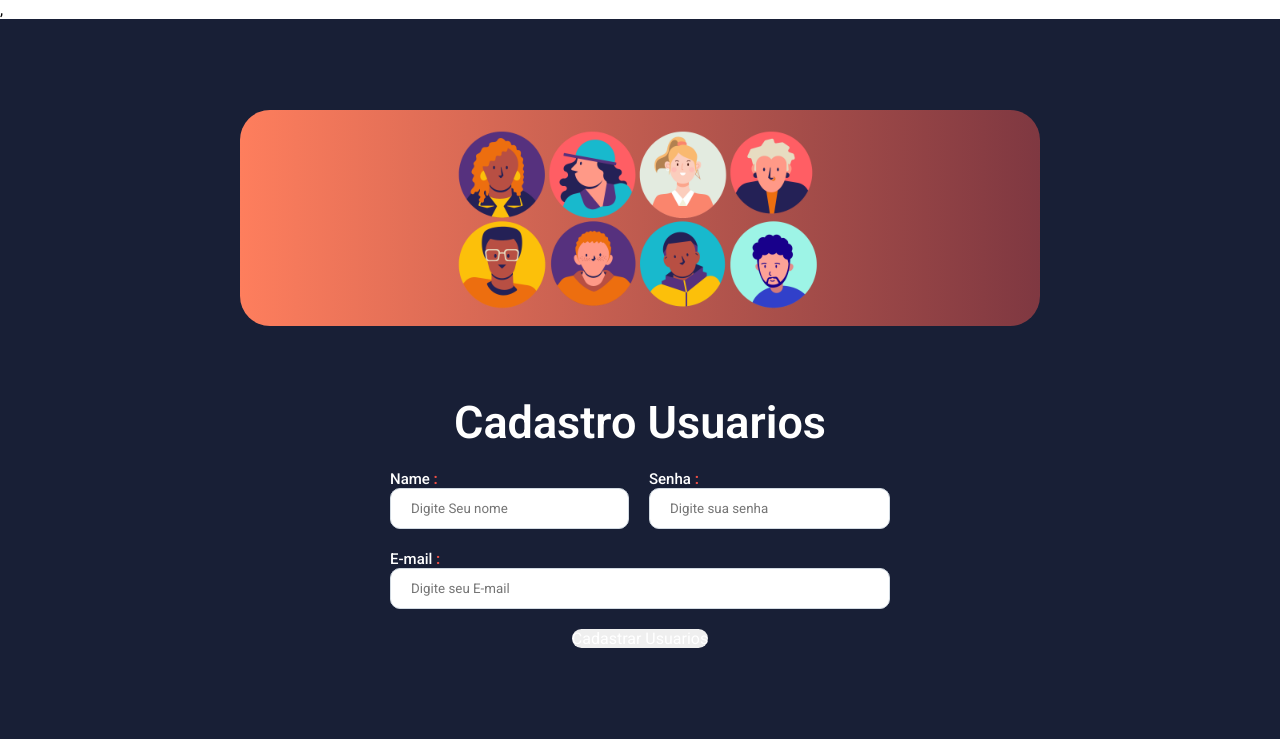
Repository: lcluizrj/meu-projeto-vscode
Page: / (app in cadastro-usuarios-devclub/)
An editor plug-in stored every save of this project. The page is shown before and after a run of saves, followed by the edit.
The browser window is 1280 px wide. The pictures show the whole page.
The project was rebuilt for these pictures with package versions that can differ from the ones it lists, and the page was loaded fresh each time. Also part of the build but not shown: cadastro-usuarios-devclub/vite.config.js.

Above is the page before, as saved 2026-08-15 17:31:52.

### cadastro-usuarios-devclub/index.html
<!doctype html>
<html lang="en">
  <head>
    <meta charset="UTF-8" />
    <link rel="icon" type="image/svg+xml" href="/favicon.svg" />
    <meta name="viewport" content="width=device-width, initial-scale=1.0" />
    <title>cadastro-usuarios-devclub</title>
    <link rel="preconnect" href="https://fonts.googleapis.com">
    <link rel="preconnect" href="https://fonts.gstatic.com" crossorigin>
    <link href="https://fonts.googleapis.com/css2?family=Poppins:wght@300;600&family=Roboto:ital,wght@0,100..900;1,100..900&display=swap" rel="stylesheet">
  </head>
  <body>
    <div id="root"></div>
    <script type="module" src="/src/main.jsx"></script>
  </body>
</html>

### cadastro-usuarios-devclub/src/main.jsx
import React from 'react'
import ReactDOM from 'react-dom/client'
import {GlobalStyles} from './styles/GlobalStyles.js'
import App from './App.jsx'

ReactDOM.createRoot(document.getElementById('root')).render(
  <React.StrictMode>
    <GlobalStyles/>,
    <App />
  </React.StrictMode>,
)

### cadastro-usuarios-devclub/src/styles/GlobalStyles.js
import { createGlobalStyle } from 'styled-components';

export const GlobalStyles = createGlobalStyle`
      *{
        margin: 0;
        padding:0;
        box-sizing:border-box;
        font-family: "Roboto", sans-serif;
       }

`

### cadastro-usuarios-devclub/src/App.jsx
import {Title, Container, Topbackground, Form, ContainerInputs, InputLabel, Input, Button} from "./styles"

import UsersImage from './assets/users.png'

function Home() {

return (
  <Container>
    <Topbackground>
      <img src={UsersImage} alt="Imagens-Usuarios" />
    </Topbackground>

    <Form>
      <Title> Cadastro Usuarios </Title>
      <ContainerInputs>

         <div>
         <InputLabel>
         Name <span>: </span>
         </InputLabel>
         <Input type="text" placeholder="Digite Seu nome" />
         </div>

         <div>
         <InputLabel >
          Senha <span>: </span>
          </InputLabel>
         <Input type="number" placeholder="Digite sua senha"/>
         </div>


      </ContainerInputs>
         <div style={{width: '100%'}}>
         <InputLabel >
          E-mail <span>: </span>
          </InputLabel>
         <Input type="e-mail" placeholder="Digite seu E-mail"/>
         </div>

         <Button>Cadastrar Usuarios</Button>
    </Form>


  </Container>
)

}

export default Home

### cadastro-usuarios-devclub/src/styles.js
import styled from 'styled-components'

export const Container = styled.div `
      background-color: #181f36;
      display: flex;
      flex-direction: column;
      align-items: center;
      justify-content: space-evenly;
      padding: 20px;
      height: 100vh;
`

export const Topbackground= styled.div`
      display: flex;
      align-items: center;
      justify-content: center;
      background:linear-gradient(to right, #fe7e5d,#7f3841) ;
      height: 30vh;
      width: 90vw;
      max-width: 800px;
      border-radius: 30px;

img{
      max-width: 100%;
      max-height: 100%;
   }
`

export const Form = styled.form`
      display: flex;
      flex-direction: column;
      align-items: center;
      gap: 20px;
      max-width: 500px;

`
export const Title = styled.h2 `
      color:#fff ;
      text-align: center;
      font-size: 45px;
      font-style: normal;
      font-weight: 600;


`

export const ContainerInputs = styled.div`
      display: flex;
      gap: 20px;
`

export const Input = styled.input`
      border-radius: 10px;
      border: 1px solid #d2dae2;
      background-color: #fff;
      padding: 12px 20px;
      outline: none;
      width: 100%;
`

export const InputLabel = styled.label`
     color: #fff;
     font-size: 15px;
     font-weight: 500;
span {
     color: #ef4f45;
     font-weight: bold;
     }

`

export const Button = styled.button `
      border-radius: 15px;
      border:none;
      background-color:linear-gradient(180deg,#fe7e5d 0%, #ff6378 100%);
      font-size: 16px;
      color: #FFF;



`

After the next 3 saves:
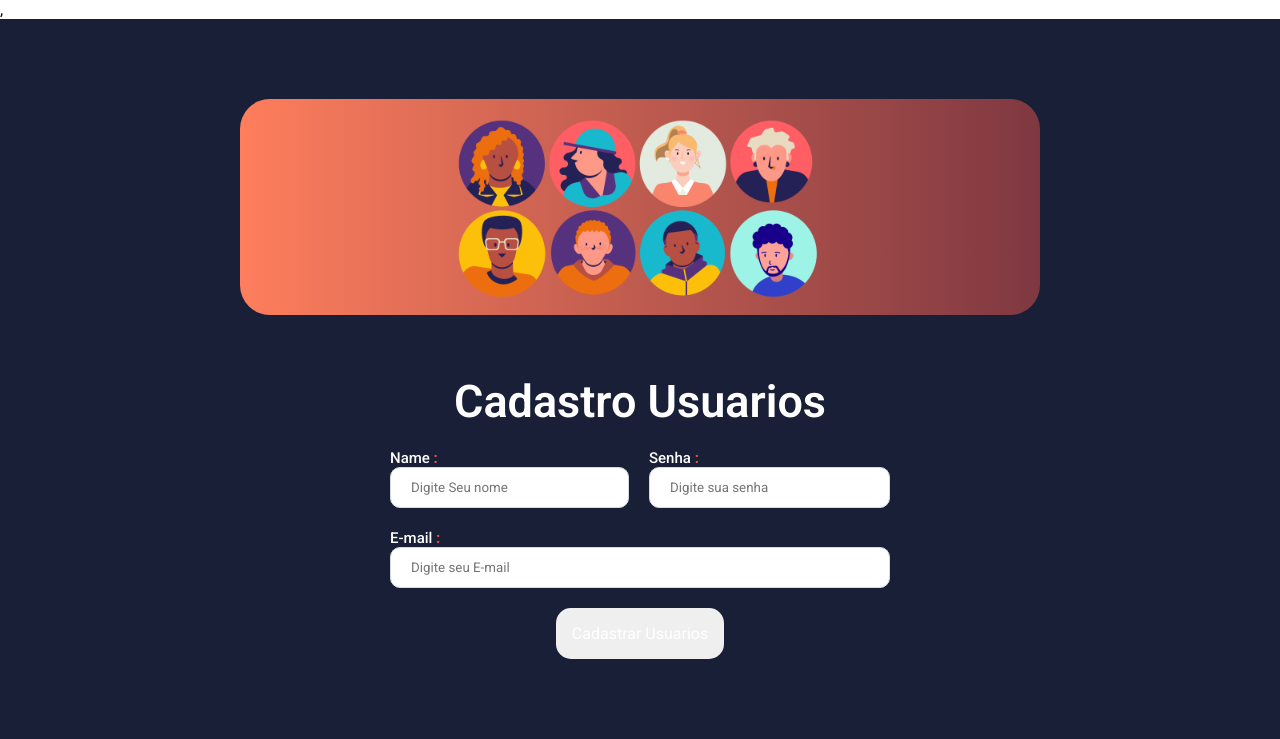
The 3 saves are shown as one change because they came seconds apart.
The last was saved 15 s later.
--- a/cadastro-usuarios-devclub/src/styles.js
+++ b/cadastro-usuarios-devclub/src/styles.js
@@ -75,6 +75,7 @@ export const Button = styled.button `
       background-color:linear-gradient(180deg,#fe7e5d 0%, #ff6378 100%);
       font-size: 16px;
       color: #FFF;
+      padding: 16px;
 
 
 
